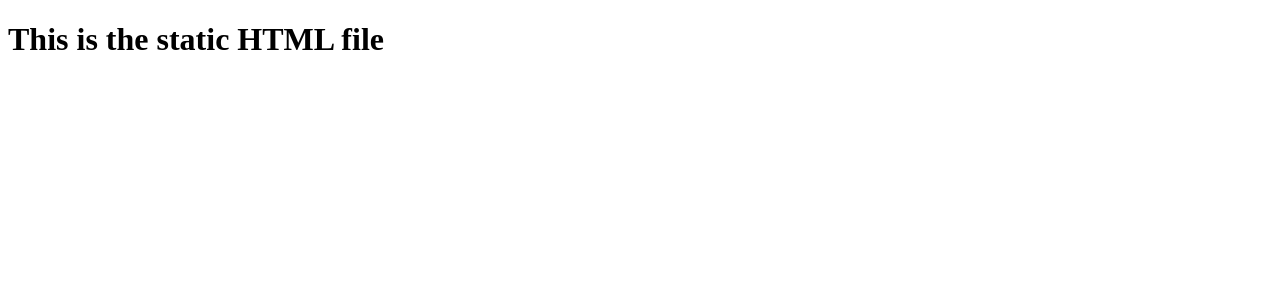
Repository: johnhongannguyen/Middleware-express
Page: public/test.html
The author's editor kept a record of every edit. The page is drawn from the files as they stood at one moment, then again after the next edit.
The browser window is 1280 px wide. The pictures show the whole page.

Above is the page before.

After the next edit:
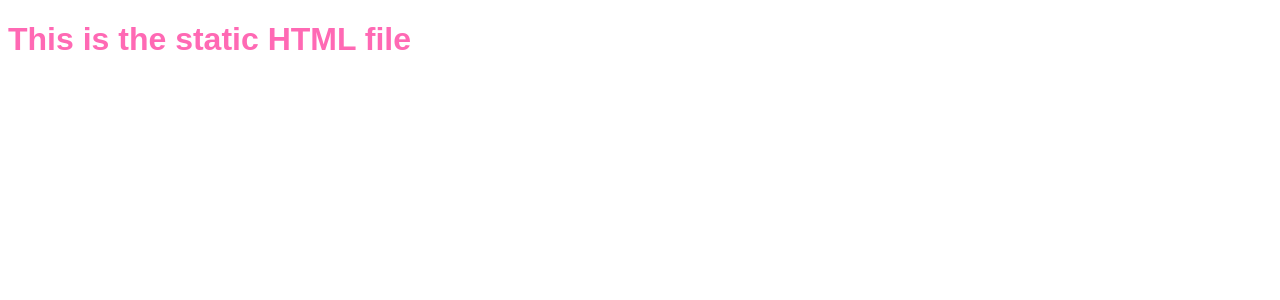
The edit:
--- a/public/test.html
+++ b/public/test.html
@@ -5,6 +5,8 @@
     <meta name="viewport" content="width=device-width, initial-scale=1.0">
     <meta http-equiv="X-UA-Compatible" content="ie=edge">
     <title>TEST</title>
+    <link rel="stylesheet" href="style.css" type="text/css" />
+
 </head>
 <body>
     <h1>This is the static HTML file</h1>
